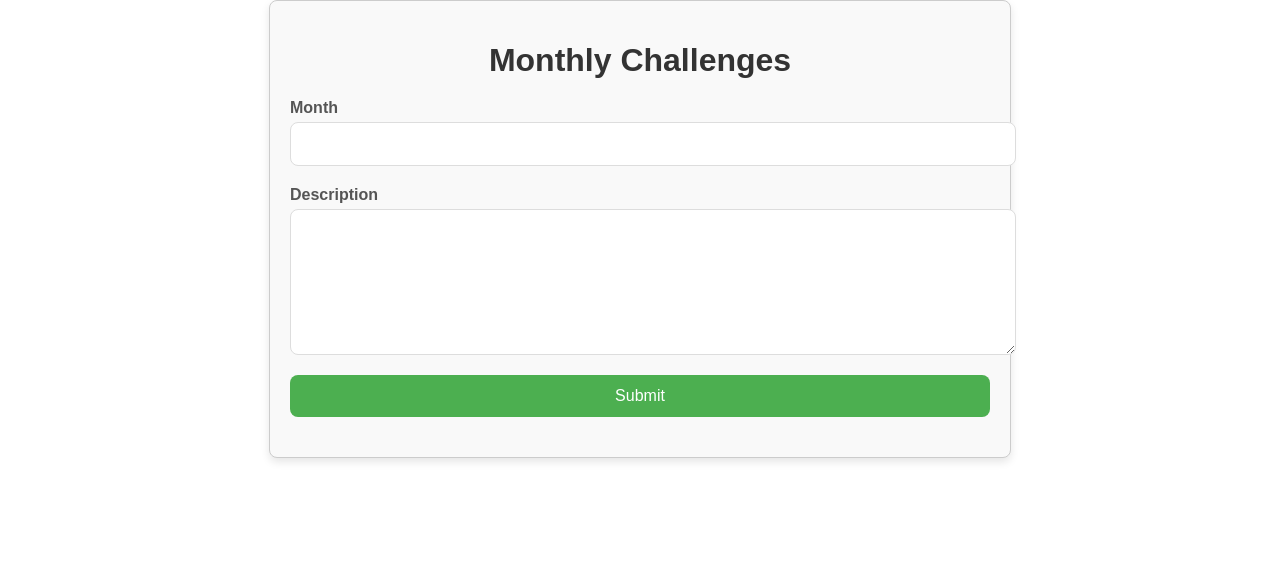
Repository: Vikaskoli/MonthlyMilestones_Front-end
Page: /
These files come from the project's save history. The page is drawn as it stood at one moment and after the next save; the edit follows.
The browser window is 1280 px wide. The pictures show the whole page.
The page's requests for data from a server got no answer. The project was rebuilt for these pictures with package versions that can differ from the ones it lists, and the page was loaded fresh each time. No one was signed in, and anything a server would have sent is missing. Also part of the build but not shown: src/component/Milestone.js, src/component/ChallengeDetails.js.

Above is the page before, as saved 2024-12-02 15:34:52.

### src/App.js
import { useEffect, useState } from 'react';
import './App.css';
import ChallengeList from './component/ChallengeList';
import axios from 'axios';
import AddMilestone from './component/AddMilestone';
import ChallengeDetails from './component/ChallengeDetails';

function App() {
  // State to store the list of challenges
  const [challenges, setChallenges] = useState([]);

  // State to track the selected challenge for update or display
  const [selectedChallenge, setSelectedChallenge] = useState(null);

  // Fetch the challenges when the component mounts
  useEffect(() => {
    fetchChallenges();
  }, []);

  // Function to fetch challenges from the backend
  const fetchChallenges = async () => {
    try {
      const response = await axios.get('http://localhost:8080/challenges');
      setChallenges(response.data);
    } catch (error) {
      console.error('Error fetching challenges: ', error);
    }
  };

  // Function to handle adding a new challenge
  const handleChallengeAdded = () => {
    fetchChallenges();
  };

  // Function to handle selecting a challenge (for editing/viewing details)
  const handleChallengeSelected = (challenge) => {
    setSelectedChallenge(challenge);
  };

  // Function to handle updating a challenge
  const handleChallengeUpdated = async (id, updatedChallenge) => {
    try {
      await axios.put(`http://localhost:8080/challenges/${id}`, updatedChallenge);
      fetchChallenges(); // Refresh the list
      setSelectedChallenge(null); // Deselect after update
    } catch (error) {
      console.error('Error updating challenge: ', error);
    }
  };

  // Function to handle deleting a challenge
  const handleChallengeDeleted = async (id) => {
    try {
      await axios.delete(`http://localhost:8080/challenges/${id}`);
      fetchChallenges(); // Refresh the list
      if (selectedChallenge?.id === id) setSelectedChallenge(null); // Deselect if deleted
    } catch (error) {
      console.error('Error deleting challenge: ', error);
    }
  };

  return (
    <div className="App">
      <h1>Monthly Challenges</h1>
      {/* Component to add a new challenge */}
      <AddMilestone onChallengeAdded={handleChallengeAdded} />

      {/* Component to display the list of challenges */}
      <ChallengeList
        challenges={challenges}
        onSelect={handleChallengeSelected}
        onDelete={handleChallengeDeleted}
      />

      {/* Component to display and update the selected challenge */}
      {selectedChallenge && (
        <ChallengeDetails
          challenge={selectedChallenge}
          onUpdate={handleChallengeUpdated}
        />
      )}
    </div>
  );
}

export default App;

### src/App.css
/* App.css */
.App {
  font-family: Arial, sans-serif;
  padding: 20px;
  max-width: 700px;
  margin: auto;
  border: 1px solid #ccc;
  border-radius: 8px;
  background-color: #f9f9f9;
  box-shadow: 0 4px 8px rgba(0, 0, 0, 0.1);
}

h1 {
  text-align: center;
  color: #333;
  font-size: 2rem;
  margin-bottom: 20px;
}

div {
  margin-bottom: 20px;
}

form {
  margin-top: 20px;
}

label {
  font-weight: bold;
  color: #555;
  margin-bottom: 5px;
  display: block;
}

input, textarea, button {
  display: block;
  width: 100%;
  margin-top: 5px;
  padding: 12px;
  border-radius: 8px;
  border: 1px solid #ddd;
  font-size: 1rem;
}

input:focus, textarea:focus {
  border-color: #4caf50;
  outline: none;
}

textarea {
  resize: vertical;
  height: 120px;
}

button {
  background-color: #4caf50;
  color: white;
  border: none;
  cursor: pointer;
  font-size: 1rem;
  margin-top: 15px;
}

button:hover {
  background-color: #45a049;
}

button:disabled {
  background-color: #ccc;
  cursor: not-allowed;
}

h2 {
  font-size: 1.5rem;
  color: #333;
  margin-bottom: 15px;
}

.milestone {
  padding: 15px;
  background-color: #fff;
  border-radius: 8px;
  margin-bottom: 10px;
  box-shadow: 0 2px 5px rgba(0, 0, 0, 0.1);
}

.milestone h5 {
  margin: 0;
  font-size: 1.25rem;
  cursor: pointer;
  color: #4caf50;
}

.milestone p {
  color: #555;
  margin-top: 10px;
}

.milestone button {
  background-color: #f44336;
  margin-top: 10px;
}

.milestone button:hover {
  background-color: #d32f2f;
}

.milestone h5:hover {
  text-decoration: underline;
}

### src/component/ChallengeList.js
import Milestone from './Milestone';

// Component to display a list of challenges
function ChallengeList({ challenges, onSelect, onDelete }) {
  return (
    <div>
      {/* Render each challenge using the Milestone component */}
      {challenges.map((challenge) => (
        <Milestone
          key={challenge.id}
          challenge={challenge}
          onSelect={() => onSelect(challenge)}
          onDelete={() => onDelete(challenge.id)}
        />
      ))}
    </div>
  );
}

export default ChallengeList;

### src/component/AddMilestone.js
import { useState } from "react";
import axios from 'axios';

function AddMilestone({ onChallengeAdded }) {
  const [month, setMonth] = useState("");
  const [description, setDescription] = useState(""); // Fixed typo here

  const handleSubmit = async (e) => {
      e.preventDefault();
      try {
            await axios.post('http://localhost:8080/challenges', { month, description })
            setMonth('');
            setDescription(''); // Fixed typo here
            onChallengeAdded();
      } catch (error) {
        console.error("Error Adding challenges: ", error);
      }
  };

  return (
    <div>
      <form onSubmit={handleSubmit}>
        <div>
          <label htmlFor="month">Month </label>
          <input
            type="text"
            id="month"
            value={month}
            onChange={(e) => setMonth(e.target.value)}
            required
          />
        </div>
        <div>
          <label htmlFor="description">Description </label>
          <textarea
            id="description"
            value={description}
            onChange={(e) => setDescription(e.target.value)} // Fixed typo here
            required
          />
        </div>
        <button type="submit">Submit</button>
      </form>
    </div>
  );
}

export default AddMilestone;

Loaded but not shown: public/index.html (common file); src/index.js (common file); src/index.css (common file); src/reportWebVitals.js (common file)

After the next save:
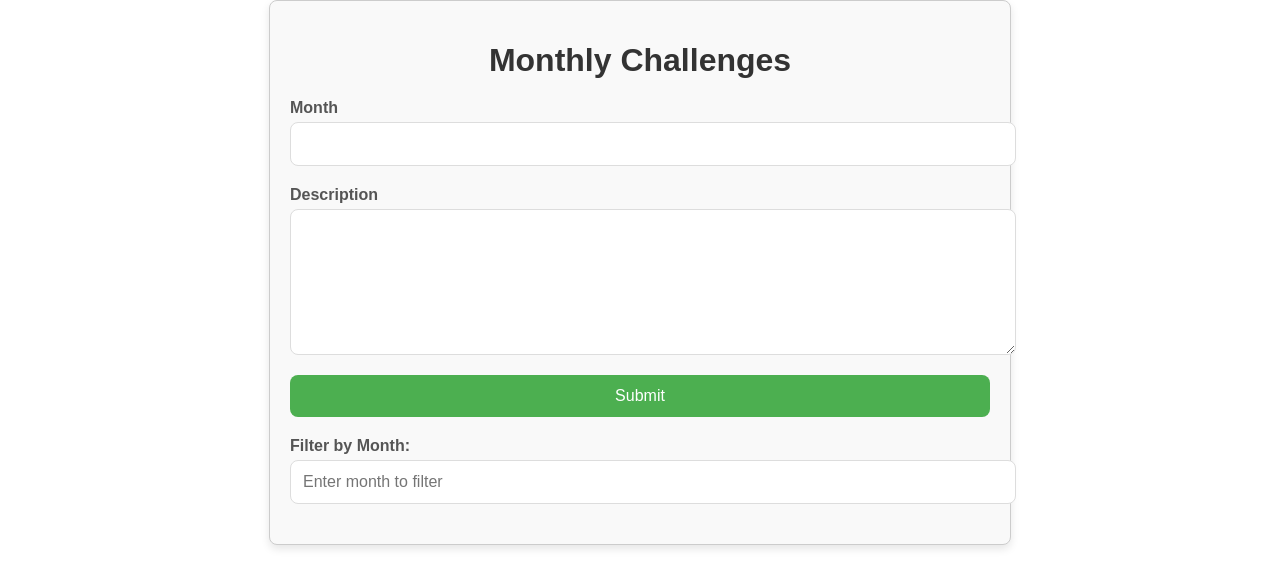
Saved 2 min 36 s later.
--- a/src/component/ChallengeList.js
+++ b/src/component/ChallengeList.js
@@ -1,9 +1,27 @@
+import { useState } from 'react';
 import Milestone from './Milestone';
 
-// Component to display a list of challenges
-function ChallengeList({ challenges, onSelect, onDelete }) {
+function ChallengeList({ challenges, onSelect, onDelete, onFilter }) {
+  const [monthFilter, setMonthFilter] = useState('');
+
+  const handleFilterChange = (e) => {
+    setMonthFilter(e.target.value);
+    onFilter(e.target.value); // Trigger filter function
+  };
+
   return (
     <div>
+      {/* Filter challenges by month */}
+      <div style={{ marginBottom: '20px' }}>
+        <label>Filter by Month: </label>
+        <input
+          type="text"
+          value={monthFilter}
+          onChange={handleFilterChange}
+          placeholder="Enter month to filter"
+        />
+      </div>
+
       {/* Render each challenge using the Milestone component */}
       {challenges.map((challenge) => (
         <Milestone
